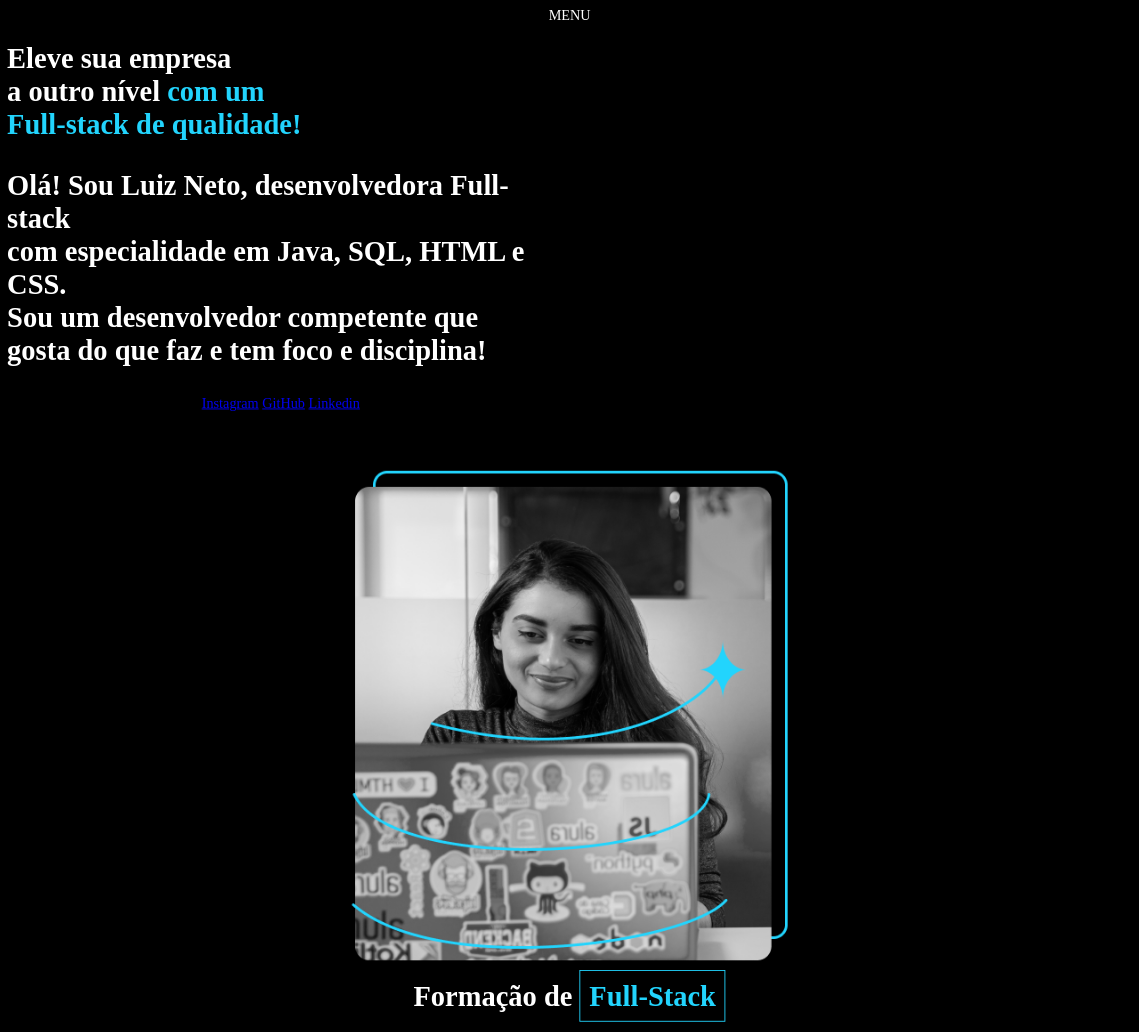
Repository: luiz123098/Sobre-mim-em-HTM-CSS
Page: htmlcss.html
An editor plug-in stored every save of this project. The page is shown before and after the next save, followed by the edit.
The browser window is 1280 px wide. The pictures show the whole page, at 89% of full size.

Above is the page before, as saved 2023-03-08 14:10:29.

After the next save:
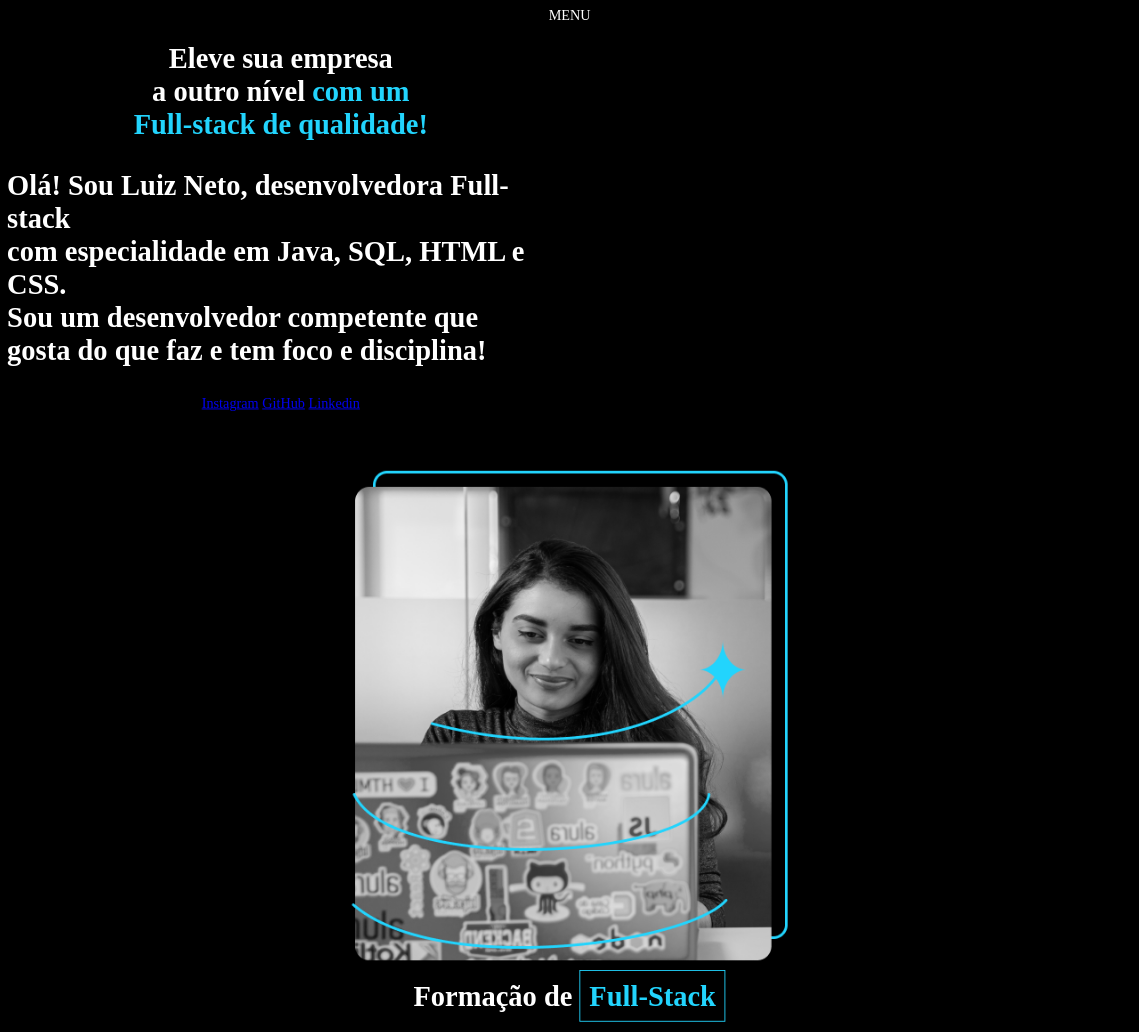
Saved 4 s later.
--- a/htmlcss.html
+++ b/htmlcss.html
@@ -13,7 +13,7 @@
     <main>
         <div
             class="parte_esquerda">
-            <h1 style="text-align: left;">
+            <h1 style="text-align: center;">
                 Eleve sua empresa<br>
                 a outro nível
                 <strong
